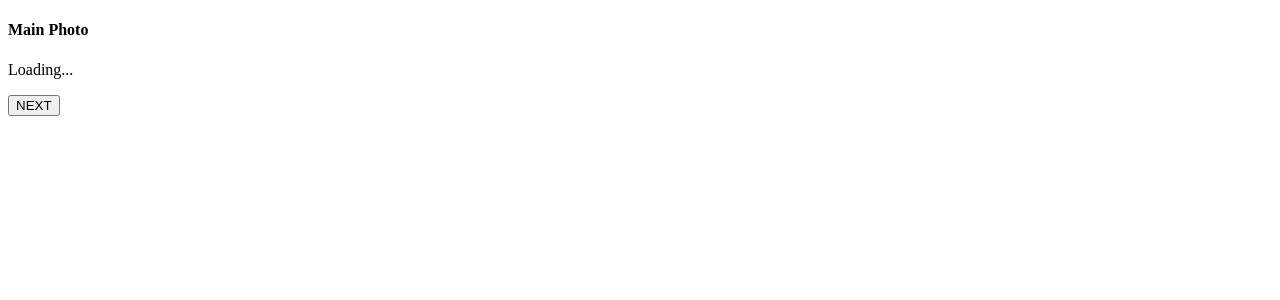
Repository: iveivs/getPhotoApi
Page: /
An editor plug-in stored every save of this project. The page is shown before and after a run of saves, followed by the edit.
The browser window is 1280 px wide. The pictures show the whole page.
The page's requests for data from a server got no answer. The project was rebuilt for these pictures with package versions that can differ from the ones it lists, and the page was loaded fresh each time. No one was signed in, and anything a server would have sent is missing. Also part of the build but not shown: vite.config.js, src/components/MainPhoto.css.

Above is the page before, as saved 2024-01-24 08:34:33.

### src/App.jsx
import { useState } from 'react'
import MainPhoto from './components/MainPhoto'

function App() {
  const [count, setCount] = useState(0)

  return (
    <>
      <MainPhoto  />
    </>
  )
}

export default App

### src/components/MainPhoto.jsx
import { useCallback } from "react"
import { useEffect, useState } from "react"
import MainPhotoItem from "./MainPhotoItem"
import "./MainPhoto.css"

export default function MainPhoto () {
    const ACCESS_KEY = 'ZkEfTk8JzhdpcPmsO-kjebZMh50n5vFX1zm_LYvoMV4'
    const [loading, setLoading] = useState(false)
    const [data, setData] = useState()
    // const [history, setHistory] = useState([])

    const tempArrForHistory = []

    const fetchPhoto = useCallback(async () => {
        try {
            setLoading(true);
        const response = await fetch(
            `https://api.unsplash.com/photos/random?client_id=${ACCESS_KEY}`
        );
        const data = await response.json();
        setData(data);
        tempArrForHistory.push(data)
        setLoading(false);
        console.log(data);
        console.log('tempArr',tempArrForHistory);

        localStorage.setItem('history', JSON.stringify(data) )
        } catch (error) {
            console.log(error);
        }
    }, []);

    useEffect(() => {
        fetchPhoto()
    }, [fetchPhoto])

    // =============================
    // useEffect(() => {
    //     async function fetchPhoto() {
    //         setLoading(true)
    //         const response = await fetch(
    //             `https://api.unsplash.com/photos/random?client_id=${ACCESS_KEY}`
    //         );
    //         const data = await response.json();
    //         setData(data);
    //         setLoading(false)
    //         console.log('data', data);

    //     }
    //     fetchPhoto()
    // }, []);
    // =============================


    return (
        <div className="container">
            <h4>Main Photo</h4>
            {loading && <p>Loading...</p>}
            {data && (!loading && <img src={data.urls.regular} alt="" />)}
            <button onClick={() =>{fetchPhoto()}}>NEXT</button>
            <MainPhotoItem tempArrForHistory={tempArrForHistory} />
        </div>
    )
}

### src/components/MainPhotoItem.jsx
export default function MainPhotoItem(props) {
    return <div>

    </div>
}

Loaded but not shown: index.html (common file); src/main.jsx (common file)

After the next 3 saves:
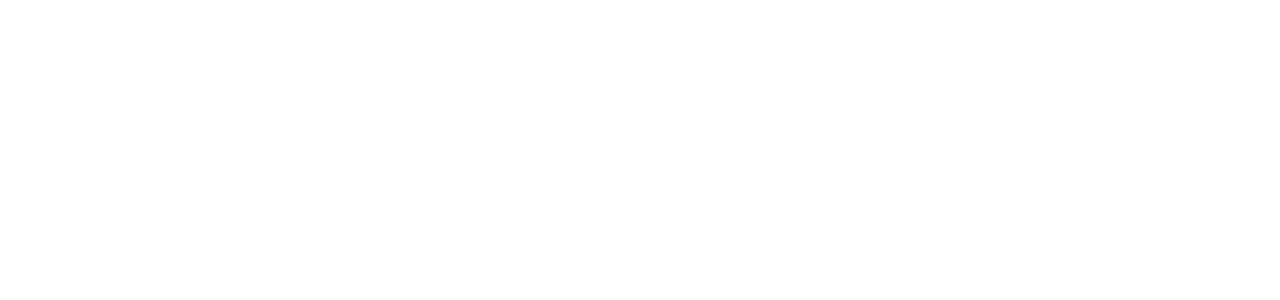
Console error: ReferenceError: object is not defined
The 3 saves are shown as one change because they came seconds apart.
The last was saved 18 s later.
--- a/src/components/MainPhotoItem.jsx
+++ b/src/components/MainPhotoItem.jsx
@@ -1,4 +1,5 @@
 export default function MainPhotoItem(props) {
+    console.log(object);
     return <div>
 
     </div>

After the 3 saves that followed:
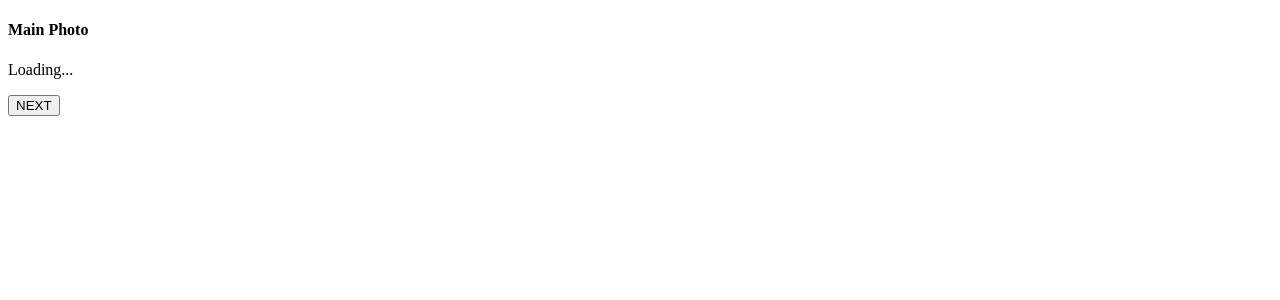
The error is gone.
The 3 saves are shown as one change because they came seconds apart.
The last was saved 14 s later.
--- a/src/components/MainPhotoItem.jsx
+++ b/src/components/MainPhotoItem.jsx
@@ -1,5 +1,5 @@
 export default function MainPhotoItem(props) {
-    console.log(object);
+    console.log('props', props);
     return <div>
 
     </div>
